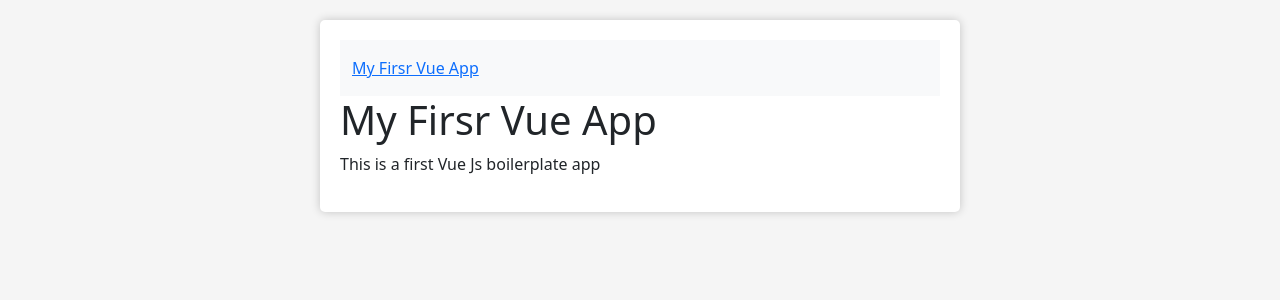
Repository: feyroozecode/intro-vue3-app
Page: index.html
The author's editor kept a copy of each file at every save. The page is drawn from the files as they stood at one save, then again after the next save.
The browser window is 1280 px wide. The pictures show the whole page.

Above is the page before, as saved 2023-08-13 13:50:40.

### index.html
<!DOCTYPE html>
<html lang="en">
<head>
    <meta charset="UTF-8">
    <meta name="viewport" content="width=device-width, initial-scale=1.0">
    <title>VueJs 3</title>
    <link href="https://cdn.jsdelivr.net/npm/bootstrap@5.3.1/dist/css/bootstrap.min.css" rel="stylesheet" />
    <script src="https://unpkg.com/vue@3/dist/vue.global.js"></script>
</head>

<style>
    body {
        background-color: #f5f5f5;
        margin: 10;
    }
    #app {
        background-color: #fff;
        border-radius: 5px;
        padding: 20px;
        margin: 20px auto;
        width: 50%;
        box-shadow: 0 0 10px rgba(0,0,0,0.2);
    }
</style>

<body>

    <div id="app">
        <nav class="navbar navbar-expand-lg navbar-light bg-light">
            <div class="container-fluid">
                <a href="#" class="navbar brand"> {{ title }} </a>
                <ul class="navbar-nav me-auto mb-2 mb-lg-0">
                    <a class="nav-link" aria-current="page" href="#"></a>
                </ul>
            </div>
        </nav>
        <h1> {{ title }} </h1>
        <p> {{ message }} </p>

    </div>

    <script>
        const { createApp, ref } = Vue;

        const App = createApp({
            setup() {
                const title = ref('Hello World');
                return {
                    title: "My Firsr Vue App",
                    message: "This is a first Vue Js boilerplate app"
                }
            }

        });
        App.mount('#app');
    </script>

</body>


</html>

After the next save:
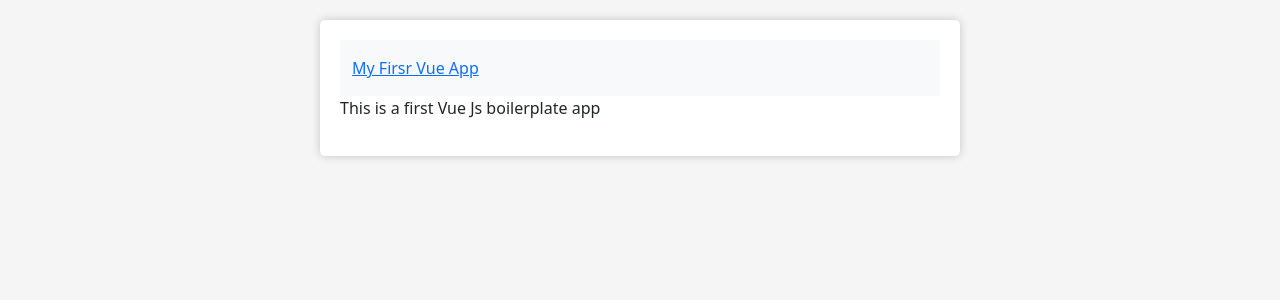
Saved 7 s later.
--- a/index.html
+++ b/index.html
@@ -34,7 +34,7 @@
                 </ul>
             </div>
         </nav>
-        <h1> {{ title }} </h1>
+
         <p> {{ message }} </p>
 
     </div>
